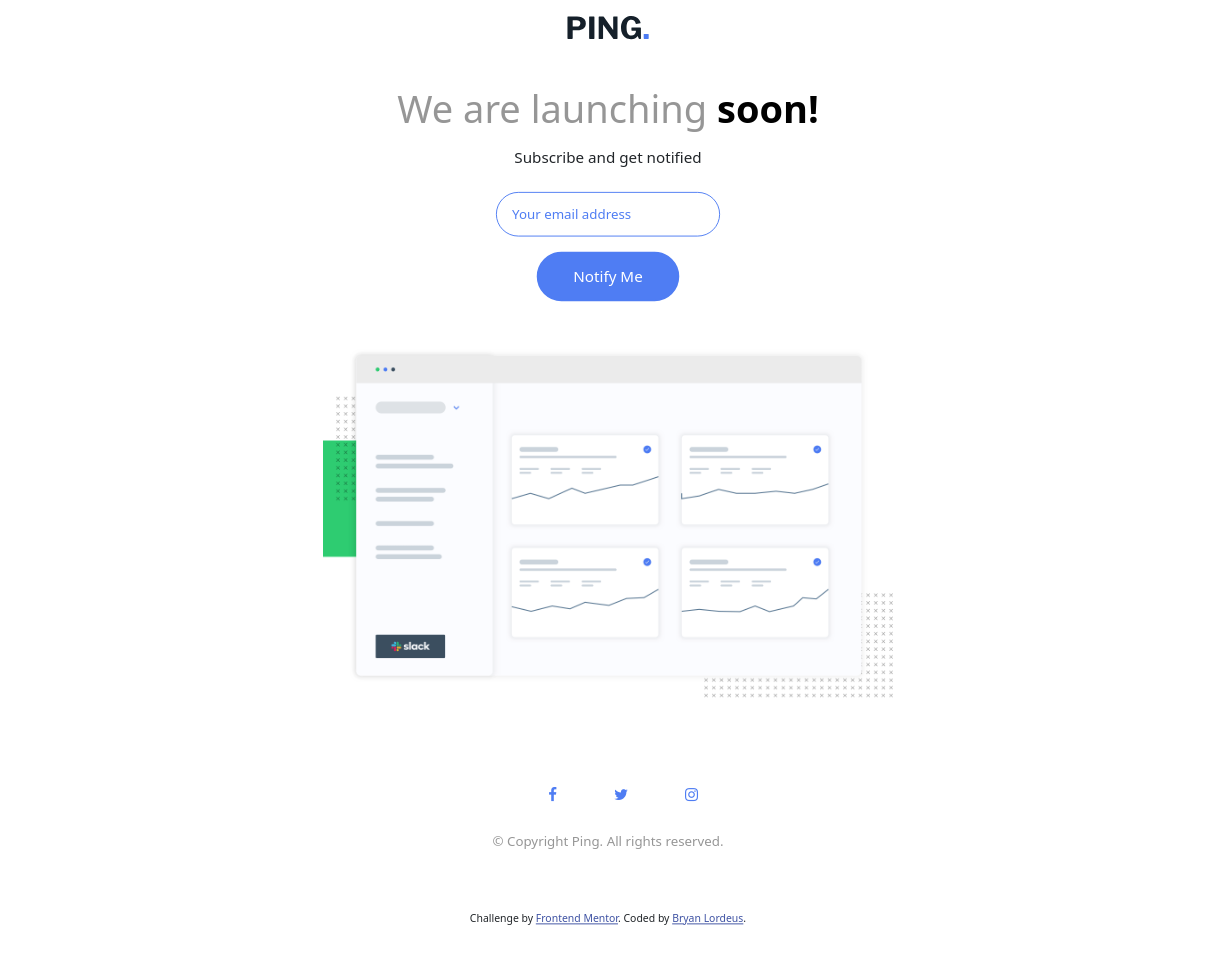
Repository: blordeus/ping-coming-soon-page-master
Page: index.html
The author's editor kept a copy of each file at every save. The page is drawn from the files as they stood at one save, then again after a run of saves.
The browser window is 1280 px wide. The pictures show the whole page, at 95% of full size.
The style sheet was rebuilt from its Sass, Less or Tailwind sources for each picture, by a compiler version that may differ from the author's.

Above is the page before, as saved 2023-08-31 12:28:38.

### index.html
<!DOCTYPE html>
<html lang="en">
<head>
  <meta charset="UTF-8">
  <meta name="viewport" content="width=device-width, initial-scale=1.0"> <!-- displays site properly based on user's device -->

  <link rel="icon" type="image/png" sizes="32x32" href="./images/favicon-32x32.png">
  <link rel="stylesheet" href="style.css">
  <link href="https://cdn.jsdelivr.net/npm/bootstrap@5.3.1/dist/css/bootstrap.min.css" rel="stylesheet" integrity="sha384-4bw+/aepP/YC94hEpVNVgiZdgIC5+VKNBQNGCHeKRQN+PtmoHDEXuppvnDJzQIu9" crossorigin="anonymous">
  <link rel="stylesheet" href="https://maxcdn.bootstrapcdn.com/font-awesome/4.7.0/css/font-awesome.min.css">

  <title>Frontend Mentor | Ping coming soon page</title>


</head>
<body>
  <main class="text-center my-3 mx-4">
    <header>
      <img class="mb-5" src="./images/logo.svg" alt="logo">
    </header>

    <section>
      <h1 class="gray-color">We are launching <strong class="text-black">soon!</strong></h1>
      <p class="mt-3 mb-4">Subscribe and get notified</p>
    </section>

    <form action="#" class="">
        <input
        class="rounded-pill px-3"
        type="email"
        placeholder="Your email address"
        id="email"
        autocomplete="off"
        required
        />
        <button type="submit" class="mt-3 rounded-pill text-white ">Notify Me</button>
      </form>

    <section class="showcase">
      <img src="./images/illustration-dashboard.png" alt="dashboard">
    </section>

    <div class="icons">
      <ul>
        <li><i class="fa fa-facebook" aria-hidden="true"></i></li>
        <li><i class="fa fa-twitter" aria-hidden="true"></i></li>
        <li><i class="fa fa-instagram" aria-hidden="true"></i></li>
      </ul>
    </div>

    <p class="gray-color copyright">&copy; Copyright Ping. All rights reserved.</p>

    <footer class="pt-5">
      <p class="attribution">
        Challenge by <a rel="noopener" href="https://www.frontendmentor.io?ref=challenge" target="_blank">Frontend Mentor</a>.
        Coded by <a href="#">Bryan Lordeus</a>.
      </p>
    </footer>
  </main>
  <script src="https://cdn.jsdelivr.net/npm/bootstrap@5.3.1/dist/js/bootstrap.bundle.min.js" integrity="sha384-HwwvtgBNo3bZJJLYd8oVXjrBZt8cqVSpeBNS5n7C8IVInixGAoxmnlMuBnhbgrkm" crossorigin="anonymous"></script>
</body>
</html>

### style.scss
  @import url('https://fonts.googleapis.com/css2?family=Libre+Franklin:wght@300;600;700&display=swap');

:root {
    --very-dark-blue: hsl(209, 33%, 12%);
    --dark-gray: hsl(0, 0%, 59%);
    --blue: hsl(223, 87%, 63%);
    --light-red: hsl(354, 100%, 66%);
    --pale-blue: hsl(223, 100%, 88%);
}

* {
    box-sizing: border-box;
    margin: 0;
    padding: 0;
}

body {
    font-size: 20px;
    font-family: 'Libre Franklin', sans-serif;
    min-height: 100vh;
    display: flex;
    flex-direction: column;
    justify-content: center;
    align-items: center;
}

img {
    max-width: 100%;
}

ul {
    list-style: none;
}

.heading h1 {
    font-weight: 300;
}

.heading h1 span {
    font-weight: 700;
}

form {
    width: 300px;
    margin: auto;
    display: flex;
    flex-direction: column;
    align-items: center;
    justify-content: center;
    position: relative;
}

form input {
    width: 100%;
    padding: 8px;
    font-family: inherit;
    font-size: 14px;
    color: var(--blue);
    border: 1px solid var(--blue);
    outline: none;
}

form input::placeholder {
    color: var(--blue);
}

button {
    width: 300px;
    padding: 8px;
    background-color: var(--blue);
    font-family: inherit;
    border: 2px solid var(--blue);
    transition: background-color 0.4s;
}

button:hover {
    cursor: pointer;
    background-color: transparent;
    color: var(--blue);
}

.gray-color {
    color: var(--dark-gray);
}

.showcase {
    padding: 50px 20px 80px;
}

.icons ul {
    display: flex;
    justify-content: center;
    align-items: center;
}

.icons ul li {
    margin: 0 20px;
    color: var(--blue);
    padding: 10px;
    transition: background-color 0.4s;
}

.icons ul li:hover {
    border-radius: 50%;
    background-color: var(--blue);
    color: white;
}

.copyright {
    font-size: 14px;
}

  .attribution { font-size: 11px; text-align: center; }
  .attribution a { color: hsl(228, 45%, 44%); }

  @media (min-width: 700px) {
    .heading h1 {
        font-size: 36px;
    }

    .heading form {
        width: auto;
    }

    form input, button {
        width: auto;
        padding: 12px 20px;
    }

    button {
        width: 150px;
    }

    .showcase img {
        width: 600px;
    }
  }

After the next 2 saves:
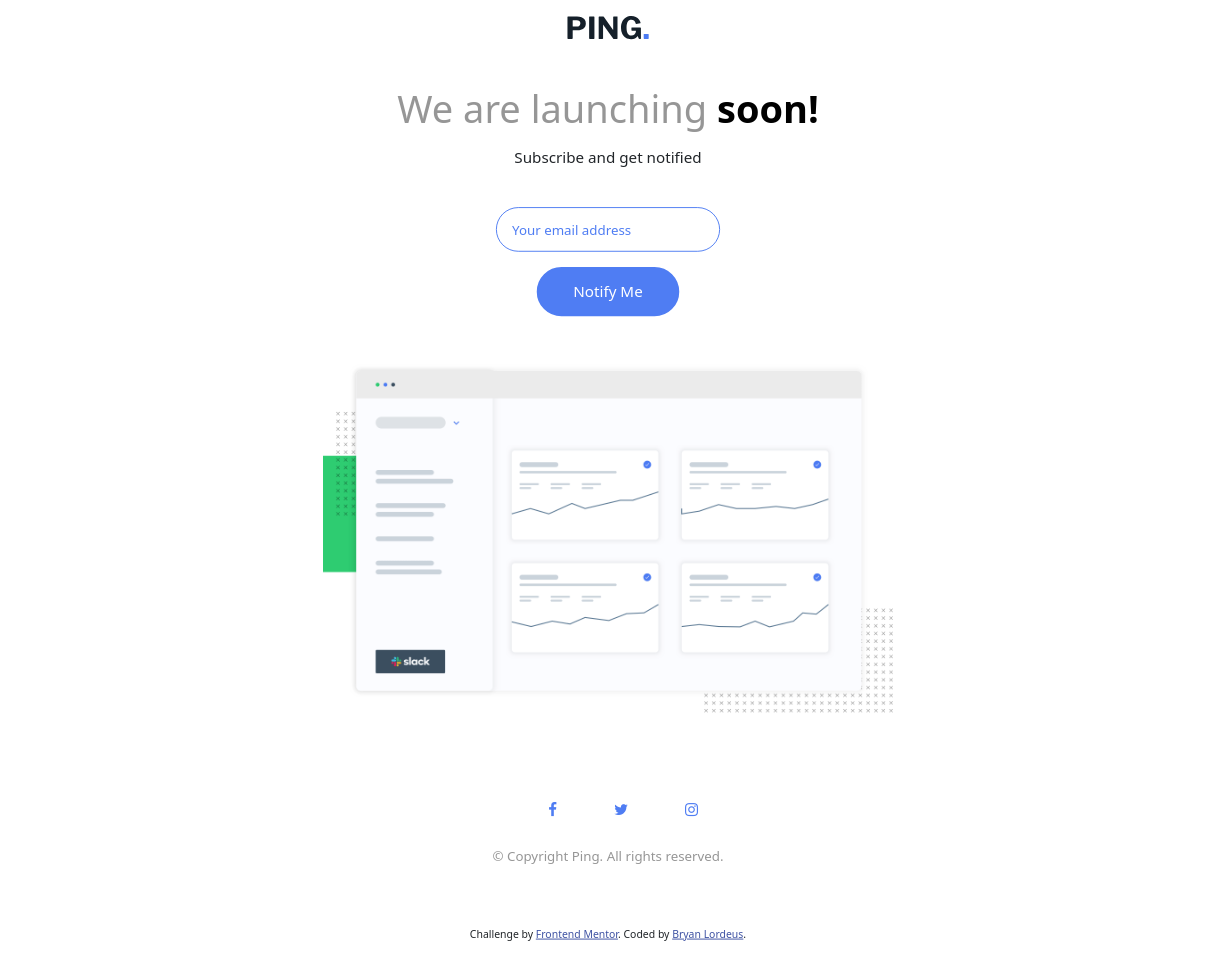
The 2 saves are shown as one change because they came seconds apart.
The last was saved 14 s later.
--- a/index.html
+++ b/index.html
@@ -24,7 +24,7 @@
       <p class="mt-3 mb-4">Subscribe and get notified</p>
     </section>
 
-    <form action="#" class="">
+    <form action="#" class="pt-3">
         <input
         class="rounded-pill px-3"
         type="email"
